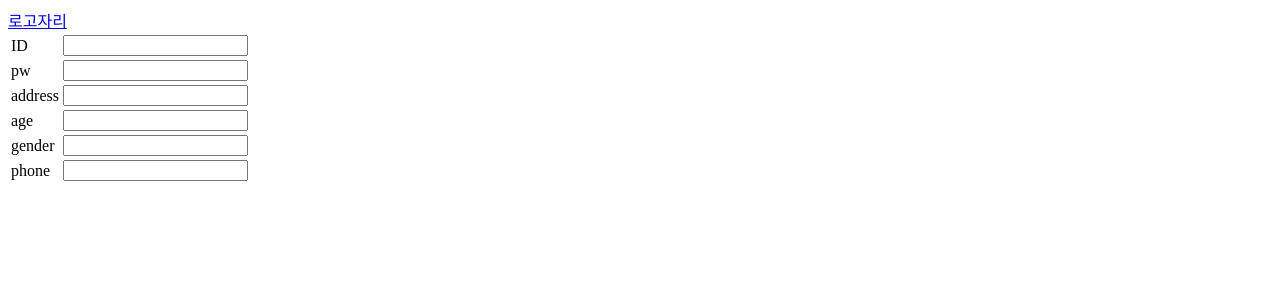
Repository: leehyeonung/project4
Page: http://localhost/book/member/join.jsp
An editor plug-in stored every save of this project. The page is shown before and after the next save, followed by the edit.
The browser window is 1280 px wide. The pictures show the whole page.
The page is served by Tomcat 9. Nobody is signed in. The application's start-up code is not run. Other server files are loaded and not shown.

Above is the page before, as saved 2023-01-02 01:50:00.

### book/src/main/webapp/member/join.jsp
<%@ page language="java" contentType="text/html; charset=UTF-8"
    pageEncoding="UTF-8"%>
<!DOCTYPE html>
<html>
<head>
<meta charset="UTF-8">
<title>회원가입</title>
</head>
<body>
<a href="#">로고자리</a>
<table>
	<tr>
		<td>ID</td>
		<td><input type="text"></td>
	</tr>
	<tr>
		<td>pw</td>
		<td><input type="text"></td>
	</tr>
	<tr>
		<td>address</td>
		<td><input type="text"></td>
	</tr>
	<tr>
		<td>age</td>
		<td><input type="text"></td>
	</tr>
	<tr>
		<td>gender</td>
		<td><input type="text"></td>
	</tr>
	<tr>
		<td>phone</td>
		<td><input type="text"></td>
	</tr>
</table>
</body>
</html>

After the next save:
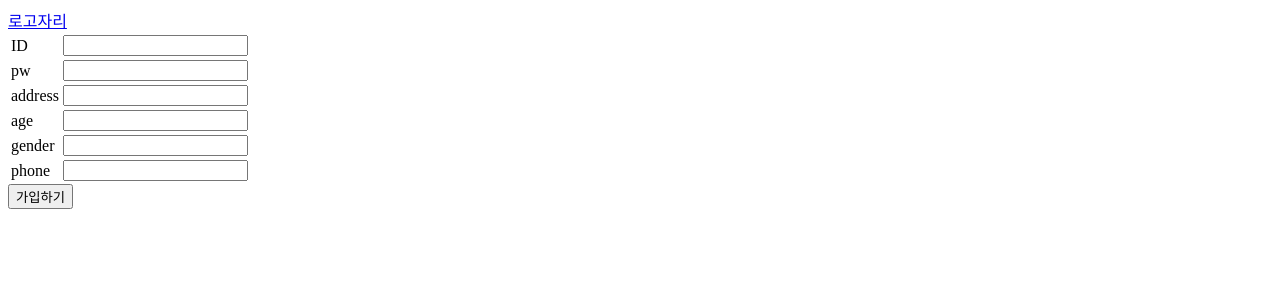
Saved 35 s later.
--- a/book/src/main/webapp/member/join.jsp
+++ b/book/src/main/webapp/member/join.jsp
@@ -34,5 +34,6 @@
 		<td><input type="text"></td>
 	</tr>
 </table>
+	<button type=submit">가입하기</button>
 </body>
 </html>
